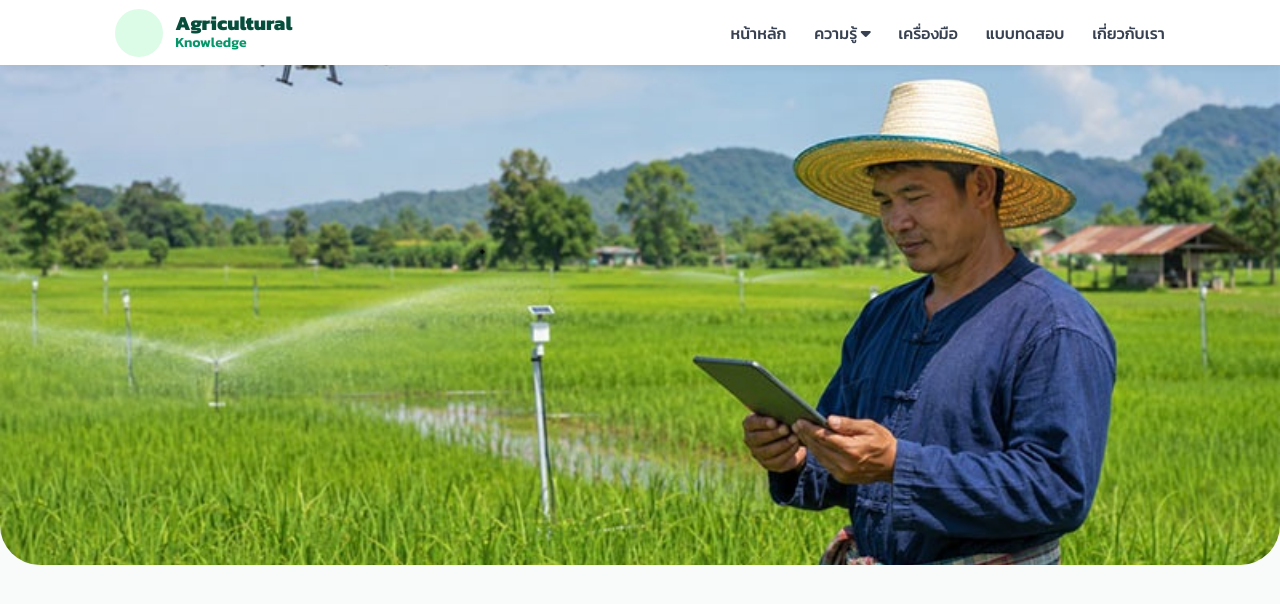
Repository: nuwat-wa/Project-WebdesignAG
Page: ag1.html
These files come from the project's save history. The page is drawn as it stood at one moment and after a run of saves; the edit follows.
The browser window is 1280 px wide. The pictures show the whole page.

Above is the page before, as saved 2026-09-24 17:16:49.

### ag1.html
<!doctype html>
<html lang="en">
  <head>
    <meta charset="UTF-8" />
    <meta name="viewport" content="width=device-width, initial-scale=1.0" />
    <title>Agricultural Knowledge</title>
    <link
      href="https://cdn.jsdelivr.net/npm/bootstrap@5.3.8/dist/css/bootstrap.min.css"
      rel="stylesheet"
      integrity="sha384-sRIl4kxILFvY47J16cr9ZwB07vP4J8+LH7qKQnuqkuIAvNWLzeN8tE5YBujZqJLB"
      crossorigin="anonymous"
    />
    <link
      rel="stylesheet"
      href="https://cdnjs.cloudflare.com/ajax/libs/font-awesome/6.7.2/css/all.min.css"
    />
    <link rel="stylesheet" href="ag1.css" />
  </head>
  <body>
    <header class="header">
      <div class="logo">
        <div class="logo-icon">
          <i class=""></i>
        </div>
        <div class="brand-text">
          <h1 class="title">Agricultural</h1>
          <span class="subtitle">Knowledge</span>
        </div>
      </div>

      <nav class="nav-links">
        <a href="#">หน้าหลัก</a>
        <a href="#">ความรู้ <i class="fa-solid fa-caret-down"></i> </a>
        <a href="#">เครื่องมือ</a>
        <a href="#">แบบทดสอบ</a>
        <a href="#">เกี่ยวกับเรา</a>
      </nav>
    </header>

    <div class="helo">
      <img src="img/aghero.jpg" alt="Agricultural">
      <div class="overlay"></div>
    </div>

    <div class="">

    </div>

    <script
      src="https://cdn.jsdelivr.net/npm/bootstrap@5.3.8/dist/js/bootstrap.bundle.min.js"
      integrity="sha384-FKyoEForCGlyvwx9Hj09JcYn3nv7wiPVlz7YYwJrWVcXK/BmnVDxM+D2scQbITxI"
      crossorigin="anonymous"
    ></script>
  </body>
</html>

### ag1.css
@import url('https://fonts.googleapis.com/css2?family=Kanit:ital,wght@0,100;0,200;0,300;0,400;0,500;0,600;0,700;0,800;0,900;1,100;1,200;1,300;1,400;1,500;1,600;1,700;1,800;1,900&display=swap');

* {
  margin: 0;
  padding: 0;
  box-sizing: border-box;
  font-family: "Kanit", sans-serif;
  font-style: normal;
}

body {
  background: #f8fbf9;
}

.header {
  position: fixed;
  top: 0;
  left: 0;
  width: 100%;
  padding: 0 9%;
  height: 65px;
  background: white;
  display: flex;
  justify-content: space-between;
  align-items: center;
  box-shadow: 0 2px 10px rgba(0, 0, 0, 0.05);
  z-index: 1000;
}

.logo {
  display: flex;
  align-items: center;
  gap: 12px;
}

.logo-icon {
  width: 48px;
  height: 48px;
  background-color: #dcfce7;
  border-radius: 50%;
  display: flex;
  align-items: center;
  justify-content: center;
}

.brand-text {
  display: flex;
  flex-direction: column;
}

.title {
  margin: 0;
  font-size: 20px;
  font-weight: 800;
  color: #064e3b;
  line-height: 0.95;
}

.subtitle {
  font-size: 14px;
  font-weight: 600;
  color: #059669;
  line-height: 1.1;
  margin-top: 2px;
}

.nav-links a {
  text-decoration: none;
  color: #374151;
  font-weight: 500;
  margin-left: 24px;
}

.nav-links a:hover {
  color: #059669;
}

.helo {
  width: 100vw;
  margin-top: 65px;
}

.helo img {
  width: 100%;
  height: 500px;
  object-fit: cover;
  display: block;
  border-radius: 0px 0px 40px 40px;
  background-color: rgba(0, 0, 0, 0.4);
}

After the next 4 saves:
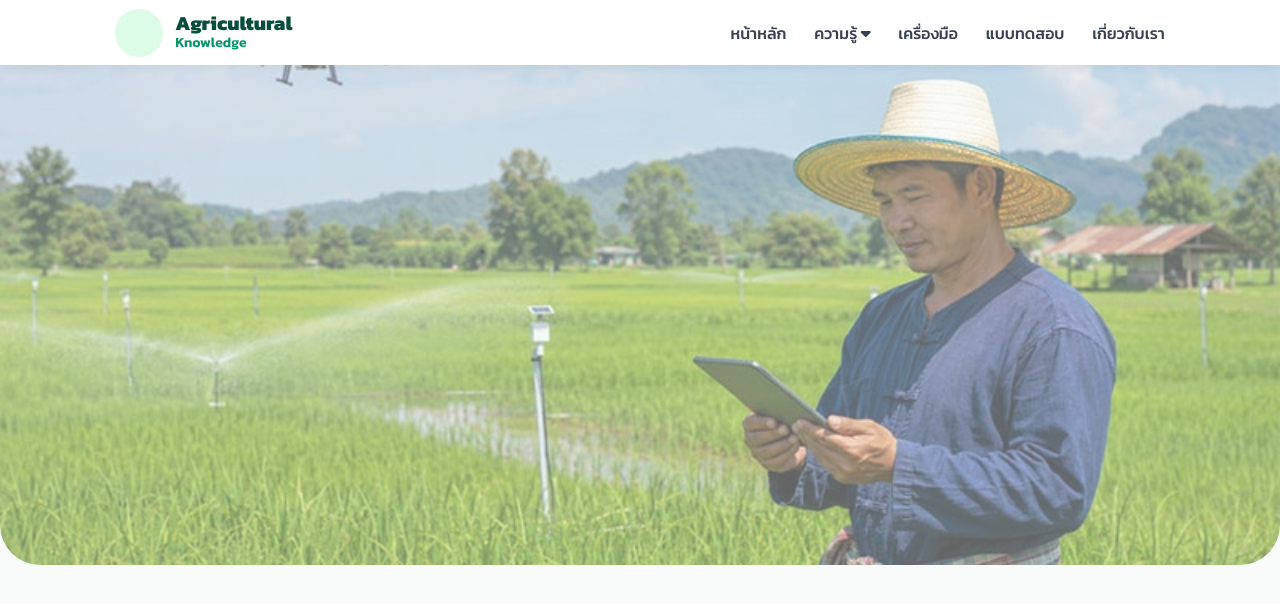
The 4 saves are shown as one change because they came seconds apart.
The last was saved 102 s later.
--- a/ag1.css
+++ b/ag1.css
@@ -86,5 +86,5 @@ body {
   object-fit: cover;
   display: block;
   border-radius: 0px 0px 40px 40px;
-  background-color: rgba(0, 0, 0, 0.4);
+  opacity: 0.6;
 }
